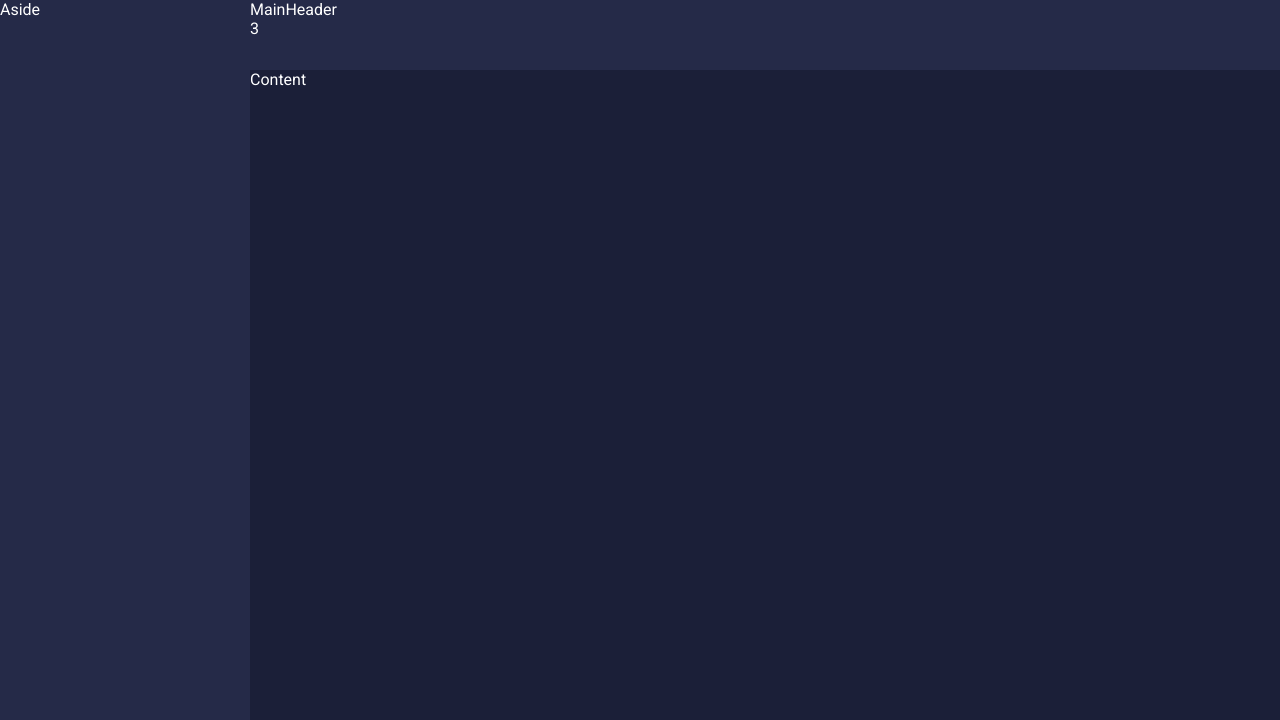
Repository: XFERRER7/dashboard
Page: /
An editor plug-in stored every save of this project. The page is shown before and after a run of saves, followed by the edit.
The browser window is 1280 px wide. The pictures show the whole page.
The project was rebuilt for these pictures with package versions that can differ from the ones it lists, and the page was loaded fresh each time. Also part of the build but not shown: vite.config.ts.

Above is the page before, as saved 2022-07-07 15:39:35.

After the next 2 saves:
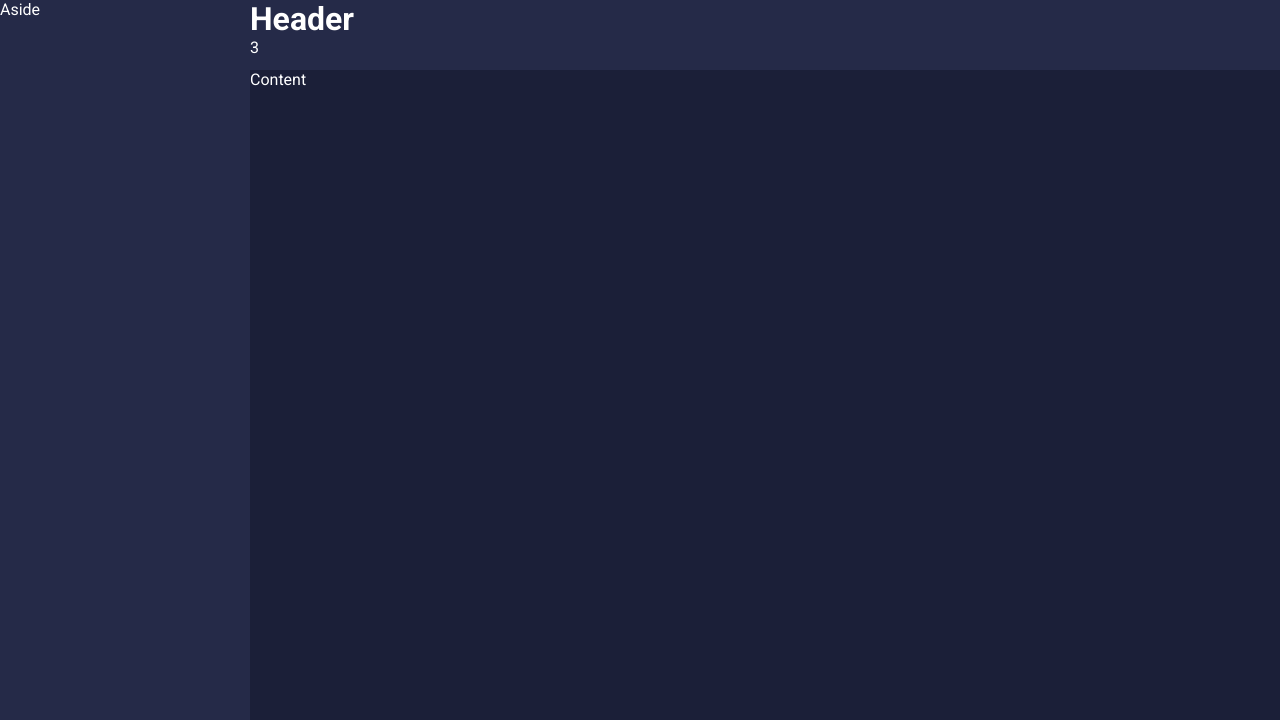
The 2 saves are shown as one change because they came seconds apart.
The last was saved 26 s later.
--- a/src/components/MainHeader/index.tsx
+++ b/src/components/MainHeader/index.tsx
@@ -4,7 +4,7 @@ import {Container} from './Styles'
 export const MainHeader = () => {
   return (
     <Container>
-      <div>MainHeader</div>
+      <h1>Header</h1>
 3    </Container>
   )
 }
